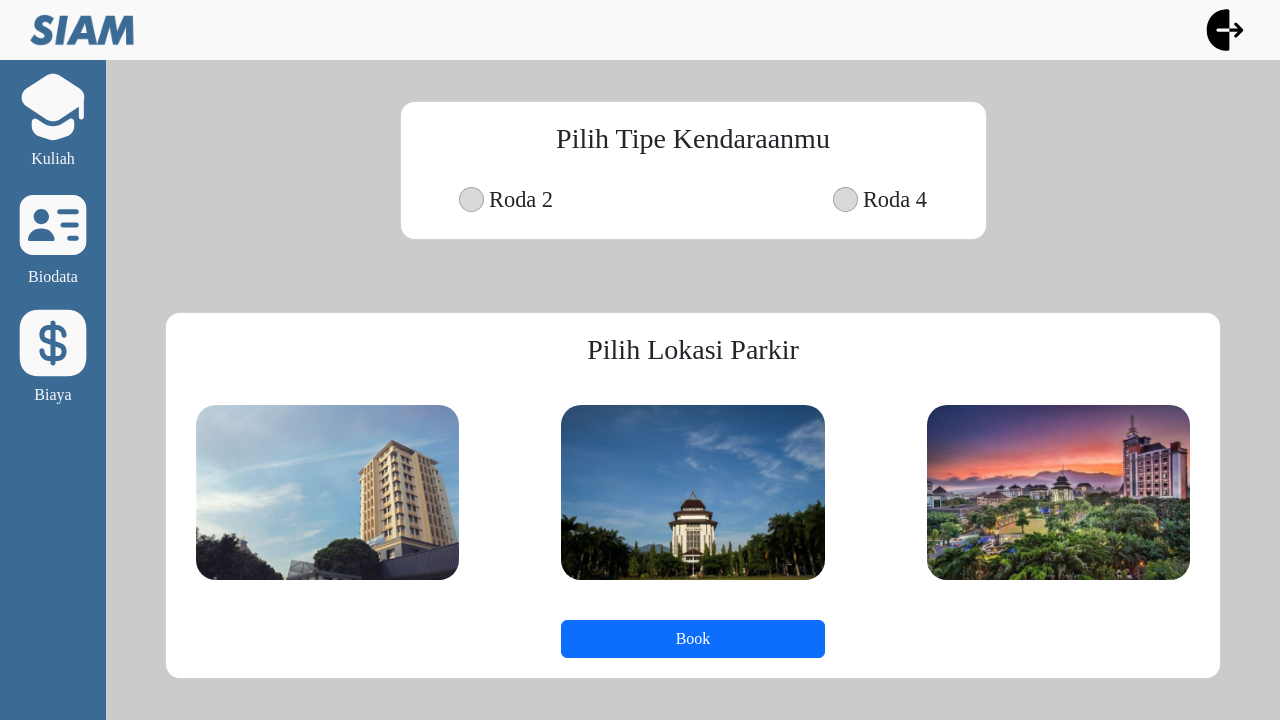
Repository: haikalirf/Project-IMK
Page: parkir.html
The author's editor kept a copy of each file at every save. The page is drawn from the files as they stood at one save, then again after the next save.
The browser window is 1280 px wide. The pictures show the whole page.
Some web fonts or font styles are not loaded; a fallback is used.

Above is the page before, as saved 2022-12-12 23:54:15.

After the next save:
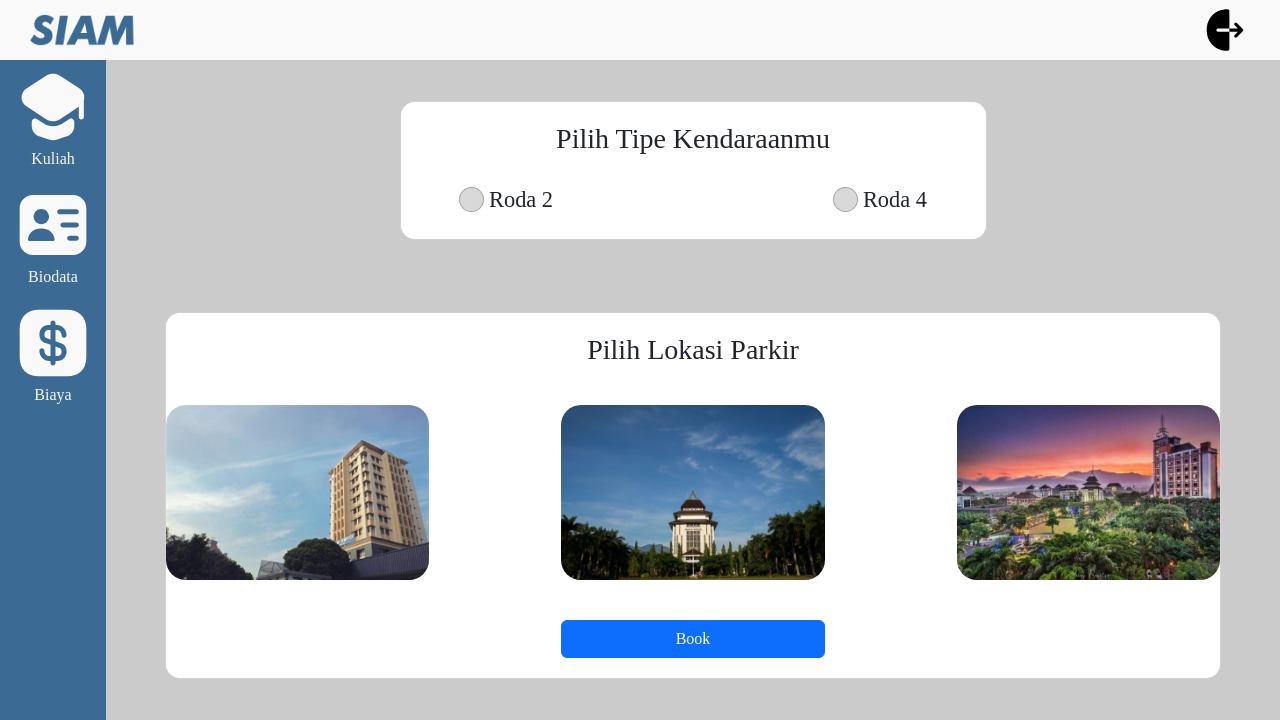
Saved 43 s later.
--- a/styles/parkir.css
+++ b/styles/parkir.css
@@ -134,7 +134,7 @@ a img, a label {
 	box-sizing: content-box;
 	border-radius: 20px;
 	width: 25%;
-	margin: 20px 30px;
+	margin: 20px 0px;
 }
 
 .book-button {
